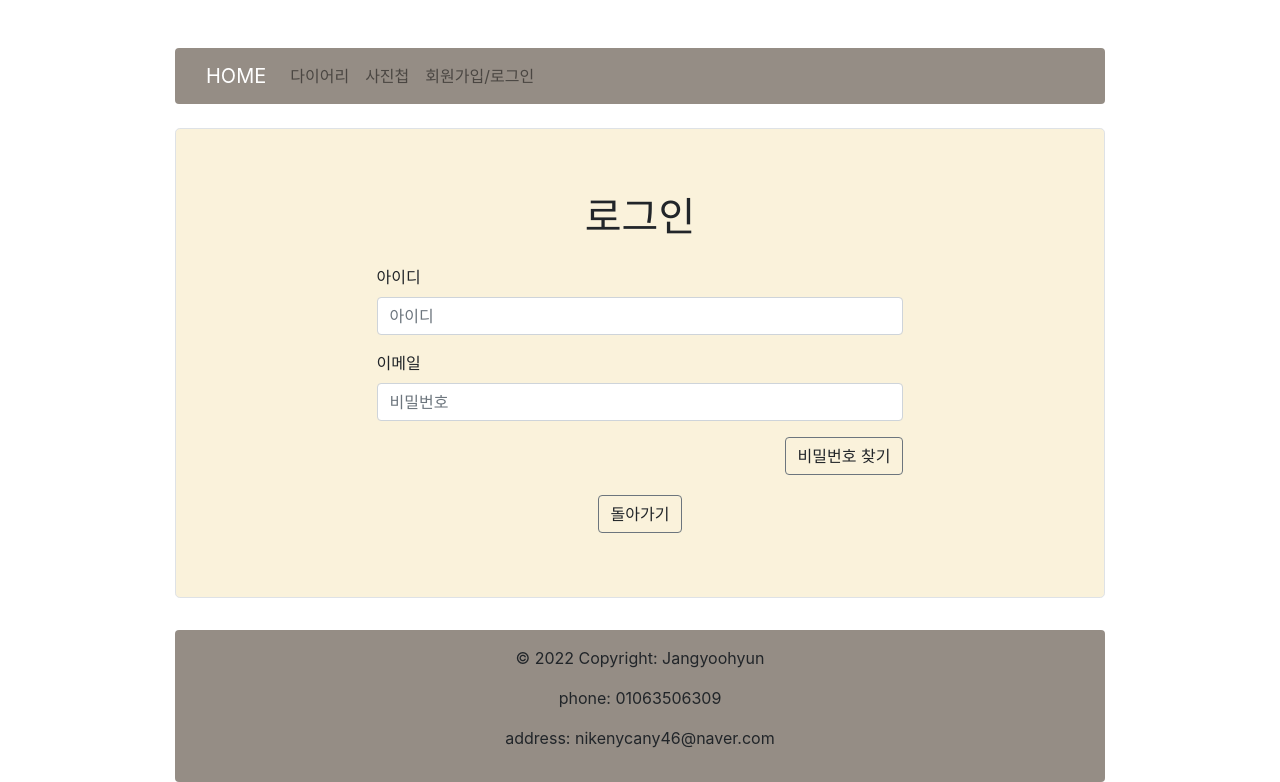
Repository: jangyoohyun/toyProject
Page: http://localhost/toyproject/WEB-INF/views/auth/findPassword.jsp
These files come from the project's save history. The page is drawn as it stood at one moment and after the next save; the edit follows.
The browser window is 1280 px wide. The pictures show the whole page.
The page is served by Tomcat 9. Nobody is signed in. Other server files are loaded and not shown. The template is opened directly, without the code that normally fills it, so the values that code supplies are empty.

Above is the page before, as saved 2022-02-26 11:50:13.

### Study/toyproject/src/main/webapp/WEB-INF/views/auth/findPassword.jsp
<%@ page language="java" contentType="text/html; charset=UTF-8"
	pageEncoding="UTF-8"%>

<%@ include file="/WEB-INF/views/layout/header.jsp" %>

<div class="jumbotron mt-4 border" style="background-color: #faf2db">
	<div class="container" style="width: 70%">
		<h1 class="text-center">로그인</h1>

		<form class="px-4 py-3" action="/auth/signIn" method="post">

				<div class="form-group">
					<label for="userId" class="form-label">아이디</label>
					<input type="text" class="form-control" name="username" placeholder="아이디">
				</div>
				<div class="form-group mt-3">
					<label class="form-label">이메일</label>
					<input type="password" class="form-control" name="password" placeholder="비밀번호">
				</div>

				<div class="btn-toolbar justify-content-end mt-2" role="toolbar" aria-label="Toolbar with button groups">
				  <div class="btn-group">
				    <button type="submit" class="btn border-secondary" id="loginBtn">비밀번호 찾기</button>
				  </div>
				</div>
		</form>

		<div class="text-center">
			<a href="<c:url value="/auth/signInForm"/>"><button class="btn border-secondary mt-1">돌아가기</button></a>
		</div>
	</div>
</div>

<%@ include file="/WEB-INF/views/layout/footer.jsp" %>

### Study/toyproject/src/main/webapp/WEB-INF/views/layout/header.jsp
<%@ page language="java" contentType="text/html; charset=UTF-8"
	pageEncoding="UTF-8"%>
<%@ taglib uri="http://java.sun.com/jsp/jstl/core" prefix="c"%>
<%@ taglib prefix="sec"
	uri="http://www.springframework.org/security/tags"%>
<%@ taglib prefix="fmt" uri="http://java.sun.com/jsp/jstl/fmt"%>

<sec:authorize access="isAuthenticated()">
	<sec:authentication property="principal" var="principal" />
</sec:authorize>

<!DOCTYPE html>
<html>
<head>
<link rel="stylesheet"
	href="https://cdn.jsdelivr.net/npm/bootstrap@4.6.1/dist/css/bootstrap.min.css"
	integrity="sha384-zCbKRCUGaJDkqS1kPbPd7TveP5iyJE0EjAuZQTgFLD2ylzuqKfdKlfG/eSrtxUkn"
	crossorigin="anonymous">
<script src="https://code.jquery.com/jquery-3.6.0.js"
	integrity="sha256-H+K7U5CnXl1h5ywQfKtSj8PCmoN9aaq30gDh27Xc0jk="
	crossorigin="anonymous"></script>

<meta charset="UTF-8">

<title>Insert title here</title>
</head>
<body>
	<div class="container mt-5 w-75">
		<nav class="navbar navbar-expand-lg navbar-light rounded"
			style="background-color: #958D85">
			<div class="container-fluid">
				<a class="navbar-brand" style="color: white;" href="<c:url value="/"/>">HOME</a>
				<button class="navbar-toggler" type="button"
					data-bs-toggle="collapse" data-bs-target="#navbarNav"
					aria-controls="navbarNav" aria-expanded="false"
					aria-label="Toggle navigation">
					<span class="navbar-toggler-icon"></span>
				</button>
				<div class="collapse navbar-collapse" id="navbarNav">
					<ul class="navbar-nav text-white">
						<li class="nav-item"><a class="nav-link"
							href="<c:url value="/board?page=0"/>">다이어리</a></li>
						<li class="nav-item"><a class="nav-link"
							href="<c:url value="/photo"/>">사진첩</a></li>
						<c:choose>
							<c:when test="${principal.username == null}">
								<li class="nav-item"><a class="nav-link"
									href="<c:url value="/auth/signInForm"/>">회원가입/로그인</a></li>
							</c:when>
							<c:otherwise>
								<li class="nav-item"><a class="nav-link"
									onclick="return confirm('로그아웃 하시겠습니까?');"
									href="<c:url value="/logout"/>">로그아웃</a></li>
								<li class="nav-item"><a class="nav-link"
									href="<c:url value="/auth/userUpdate"/>">회원정보수정</a></li>
							</c:otherwise>
						</c:choose>

					</ul>
				</div>
			</div>
		</nav>

### Study/toyproject/src/main/webapp/WEB-INF/views/layout/footer.jsp
<%@ page language="java" contentType="text/html; charset=UTF-8"
	pageEncoding="UTF-8"%>


<footer class="text-center text-lg-start rounded" style="background-color: #958D85">
	<!-- Copyright -->
	<div class="text-center p-3">
		<p>© 2022 Copyright: Jangyoohyun</p>
		<p>phone: 01063506309</p>
		<p>address: nikenycany46@naver.com</p>
	</div>
	<!-- Copyright -->
</footer>


</div>


<script src="https://cdn.jsdelivr.net/npm/bootstrap@5.1.3/dist/js/bootstrap.bundle.min.js" integrity="sha384-ka7Sk0Gln4gmtz2MlQnikT1wXgYsOg+OMhuP+IlRH9sENBO0LRn5q+8nbTov4+1p" crossorigin="anonymous"></script>
<script src="https://code.jquery.com/jquery-3.6.0.js" integrity="sha256-H+K7U5CnXl1h5ywQfKtSj8PCmoN9aaq30gDh27Xc0jk=" crossorigin="anonymous"></script>


</body>
</html>

After the next save:
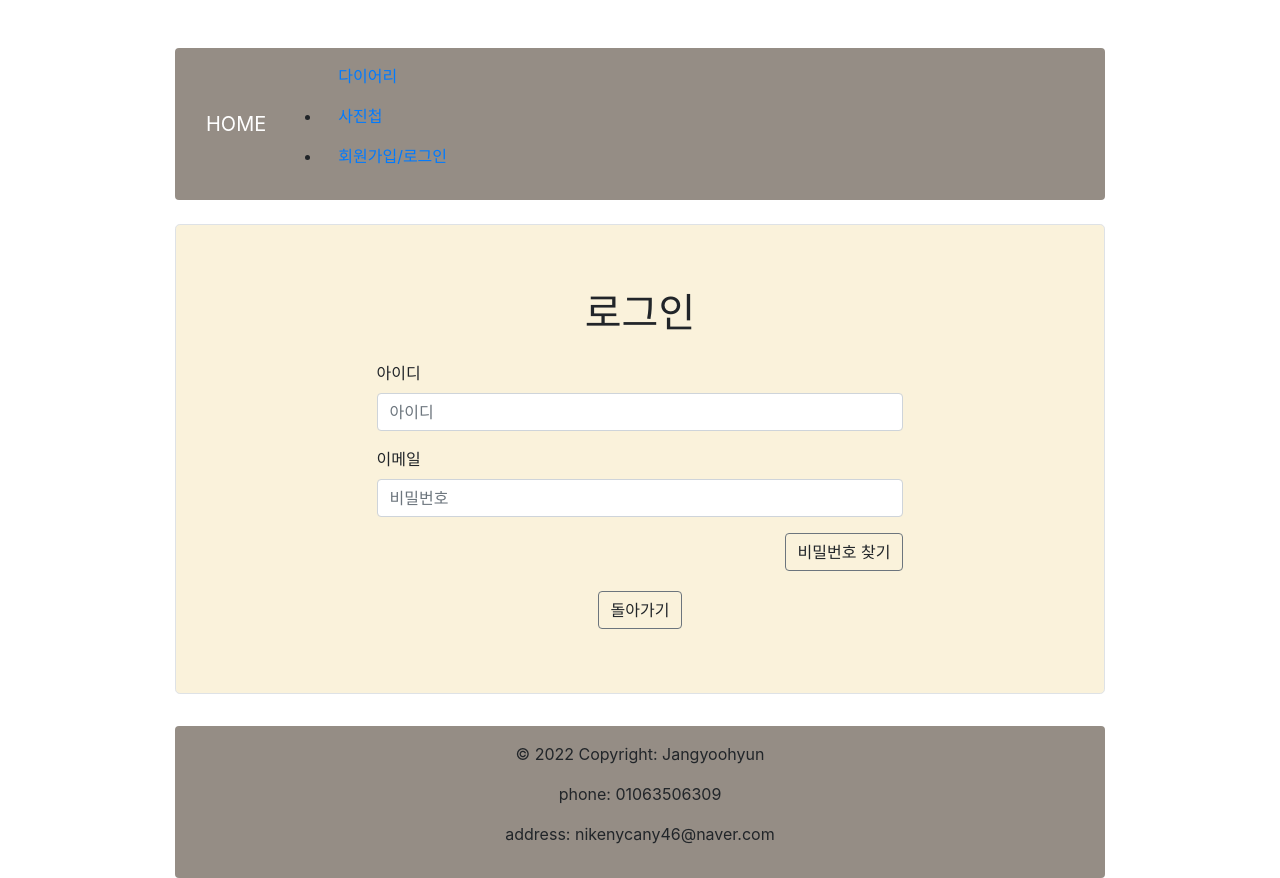
Saved 5 s later.
--- a/Study/toyproject/src/main/webapp/WEB-INF/views/layout/header.jsp
+++ b/Study/toyproject/src/main/webapp/WEB-INF/views/layout/header.jsp
@@ -37,7 +37,7 @@
 					<span class="navbar-toggler-icon"></span>
 				</button>
 				<div class="collapse navbar-collapse" id="navbarNav">
-					<ul class="navbar-nav text-white">
+					<ul class="navbar-nav>
 						<li class="nav-item"><a class="nav-link"
 							href="<c:url value="/board?page=0"/>">다이어리</a></li>
 						<li class="nav-item"><a class="nav-link"

After the save that followed:
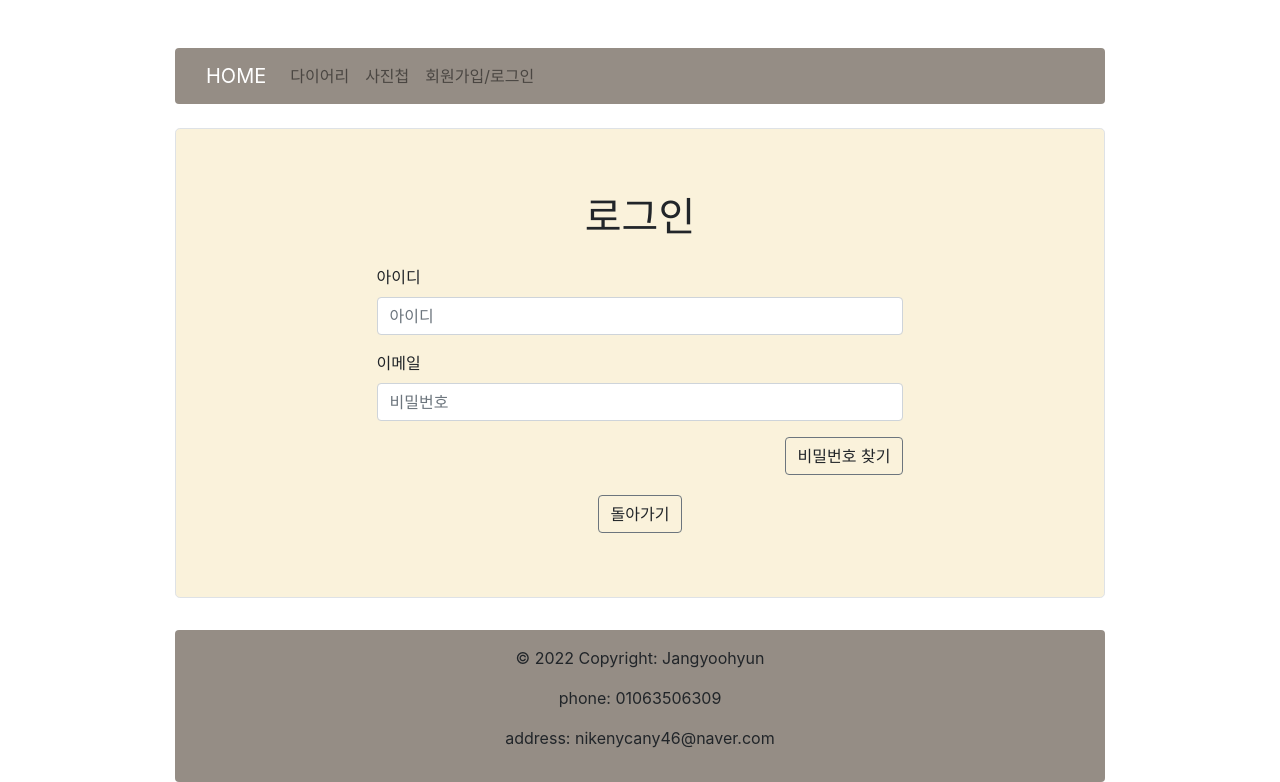
Saved 4 s later.
--- a/Study/toyproject/src/main/webapp/WEB-INF/views/layout/header.jsp
+++ b/Study/toyproject/src/main/webapp/WEB-INF/views/layout/header.jsp
@@ -37,7 +37,7 @@
 					<span class="navbar-toggler-icon"></span>
 				</button>
 				<div class="collapse navbar-collapse" id="navbarNav">
-					<ul class="navbar-nav>
+					<ul class="navbar-nav">
 						<li class="nav-item"><a class="nav-link"
 							href="<c:url value="/board?page=0"/>">다이어리</a></li>
 						<li class="nav-item"><a class="nav-link"
